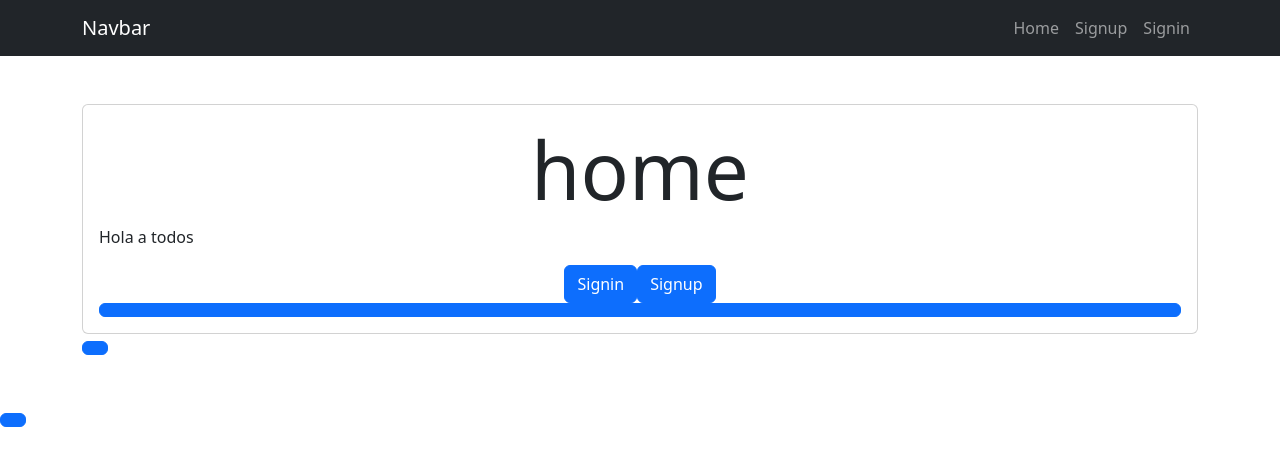
Repository: dbettancourt/django-auth-crud
Page: http://localhost/
These files come from the project's save history. The page is drawn as it stood at one moment and after the next save; the edit follows.
The browser window is 1280 px wide. The pictures show the whole page.
The page is served by the project's application, run on Django 4.2 (manage.py). Other server files are loaded and not shown.

Above is the page before, as saved 2023-06-06 10:29:57.

### tasks/templates/home.html
{% extends 'base.html' %}

{% block content %}

<main class="container py-5">
    <section class="card card-body">
        <h1 class="display-1 text-center">home</h1>
        <p>Hola a todos</p>

        <div class="text-center">
            <a class="btn btn-primary" href="/signin/">
                Signin
            </button>

            <a class="btn btn-primary" href="/signup/">
                Signup
            </button>
        </div>

    </section>
</main>

{% endblock %}

### tasks/templates/base.html
<!DOCTYPE html>
<!--[if lt IE 7]>      <html class="no-js lt-ie9 lt-ie8 lt-ie7"> <![endif]-->
<!--[if IE 7]>         <html class="no-js lt-ie9 lt-ie8"> <![endif]-->
<!--[if IE 8]>         <html class="no-js lt-ie9"> <![endif]-->
<!--[if gt IE 8]>      <html class="no-js"> <!--<![endif]-->
<html>
    <head>
        <meta charset="utf-8">
        <meta http-equiv="X-UA-Compatible" content="IE=edge">
        <title>Pagina Base Django</title>
        <meta name="description" content="">
        <meta name="viewport" content="width=device-width, initial-scale=1">
        <link rel="stylesheet" href="">
        <link rel="stylesheet" href="https://cdn.jsdelivr.net/npm/bootstrap@5.3.0/dist/css/bootstrap.min.css">
       <link rel="stylesheet" href="https://cdn.jsdelivr.net/npm/bootstrap-icons@1.5.0/font/bootstrap-icons.css">

    </head>
    <body>
        <!--[if lt IE 7]>
            <p class="browsehappy">You are using an <strong>outdated</strong> browser. Please <a href="#">upgrade your browser</a> to improve your experience.</p>
        <![endif]-->
        <nav class="navbar navbar-expand-lg bg-dark navbar-dark">
            <div class="container">
              <a class="navbar-brand" href="#">Navbar</a>
              <button class="navbar-toggler" type="button" data-bs-toggle="collapse" data-bs-target="#navbarNav" aria-controls="navbarNav" aria-expanded="false" aria-label="Toggle navigation">
                <span class="navbar-toggler-icon"></span>
              </button>
              <div class="collapse navbar-collapse" id="navbarNav">
                <ul class="navbar-nav ms-auto">
                    <li class="nav-item">
                        <a href="/"  class="nav-link">Home</a>
                    </li>
                    {% if user.is_authenticated %}
                    <li class="nav-item">
                        <a href="/tasks"  class="nav-link">Tasks Pending</a>
                    </li>
                    <li class="nav-item">
                        <a href="/tasks_completed"  class="nav-link">Tasks Completed</a>
                    </li>
                    <li class="nav-item">
                        <a href="/tasks/create"  class="nav-link">Create task</a>
                    </li>

                    <li class="nav-item">
                        <a href="/logout"  class="nav-link">Logout</a>
                    </li>
                    {% else %}
                    <li class="nav-item">
                        <a href="/signup"  class="nav-link">Signup</a>
                    </li>
                    <li class="nav-item">
                        <a href="/signin"  class="nav-link">Signin</a>
                    </li>
                    {% endif %}
                </ul>
              </div>
            </div>
          </nav>

        <script src="" async defer></script>

        {% block content %}
        {% endblock %}

    </body>
</html>

### tasks/views.py
from django.shortcuts import render, redirect, get_object_or_404
from django.contrib.auth.forms import UserCreationForm, AuthenticationForm
from django.contrib.auth.models import User
from django.contrib.auth import login, logout, authenticate
from django.db import IntegrityError
from .forms import TaskForm
from .models import Task
from django.utils import timezone
from django.contrib.auth.decorators import login_required



# Create your views here.
def home(request):
    return render(request, 'home.html')

def signup(request):

    if request.method == 'GET':
         return render(request, 'signup.html',{
        'form': UserCreationForm
    })

    else:
        if request.POST['password1'] == request.POST['password2']:
            try:
                user = User.objects.create_user(username=request.POST['username'], password=request.POST['password1'])
                user.save()
                login(request, user)
                return redirect ('tasks')
            except IntegrityError:
                return render(request, 'signup.html',{
                    'form': UserCreationForm,
                    'error': 'El usuario ya existe'
                    })
        return render(request, 'signup.html', {
            'form': UserCreationForm,
            'error': 'Las contraseñas no coinciden'
            })

@login_required
def tasks(request):
    tasks = Task.objects.filter(user=request.user, datecompleted__isnull=True)
    return render(request, 'tasks.html', {'tasks': tasks})

@login_required
def tasks_completed(request):
    tasks = Task.objects.filter(user=request.user, datecompleted__isnull=False).order_by ('-datecompleted')
    return render(request, 'tasks.html', {'tasks': tasks})

@login_required
def create_task(request):

    if request.method == 'GET':
        return render(request, 'create_task.html', {
            'form': TaskForm
        })
    else:
        try:
            form = TaskForm(request.POST)
            new_task = form.save(commit=False)
            new_task.user = request.user
            new_task.save()
            return redirect('tasks')
        except ValueError:
            return render(request, 'create_task.html', {
                'form': TaskForm,
                'error': 'Por favor ingresar datos validos'
             })

@login_required
def task_detail(request, task_id):
    if request.method == 'GET':
        task = get_object_or_404(Task, pk=task_id, user=request.user)
        form = TaskForm(instance=task)
        return render(request, 'task_detail.html', {'task': task, 'form': form})
    else:
        try:
            task = get_object_or_404(Task, pk=task_id, user=request.user)
            form = TaskForm(request.POST, instance=task)
            form.save()
            return redirect('tasks')
        except ValueError:
            return render(request, 'task_detail.html', {'task': task, 'form': form, 'error': "Error al actualizar"})

@login_required
def complete_task(request, task_id):
    task = get_object_or_404(Task, pk=task_id, user=request.user)
    if request.method == 'POST':
        task.datecompleted = timezone.now()
        task.save()
        return redirect('tasks')

@login_required
def delete_task(request, task_id):
    task = get_object_or_404(Task, pk=task_id, user=request.user)
    if request.method == 'POST':
        task.datecompleted = timezone.now()
        task.delete()
        return redirect('tasks')

@login_required
def signout(request):
    logout(request)
    return redirect('home')

def signin(request):
    if request.method=='GET':
        return render(request, 'signin.html', {
            'form': AuthenticationForm
        })
    else:
        user = authenticate(
            request, username=request.POST['username'], password=request.POST['password'])

        if user is None:
            return render(request, 'signin.html', {
                'form': AuthenticationForm,
                'error': 'Usuario o password es incorrecta'
            })
        else:
            login(request, user)
            return redirect('tasks')

### djangocrud/urls.py
"""
URL configuration for djangocrud project.

The `urlpatterns` list routes URLs to views. For more information please see:
    https://docs.djangoproject.com/en/4.2/topics/http/urls/
Examples:
Function views
    1. Add an import:  from my_app import views
    2. Add a URL to urlpatterns:  path('', views.home, name='home')
Class-based views
    1. Add an import:  from other_app.views import Home
    2. Add a URL to urlpatterns:  path('', Home.as_view(), name='home')
Including another URLconf
    1. Import the include() function: from django.urls import include, path
    2. Add a URL to urlpatterns:  path('blog/', include('blog.urls'))
"""
from django.contrib import admin
from django.urls import path
from tasks import views

urlpatterns = [
    path('admin/', admin.site.urls),
    path('', views.home, name='home'),
    path('signup/', views.signup, name='signup'),
    path('tasks/', views.tasks, name='tasks'),
    path('tasks_completed/', views.tasks_completed, name='_completed'),
    path('tasks/create/', views.create_task, name='create_tasks'),
    path('tasks/<int:task_id>/', views.task_detail, name='task_detail'),
    path('tasks/<int:task_id>/complete', views.complete_task, name='complete_task'),
    path('tasks/<int:task_id>/delete', views.delete_task, name='delete_task'),
    path('logout/', views.signout, name='logout'),
    path('signin/', views.signin, name='signin')
]

After the next save:
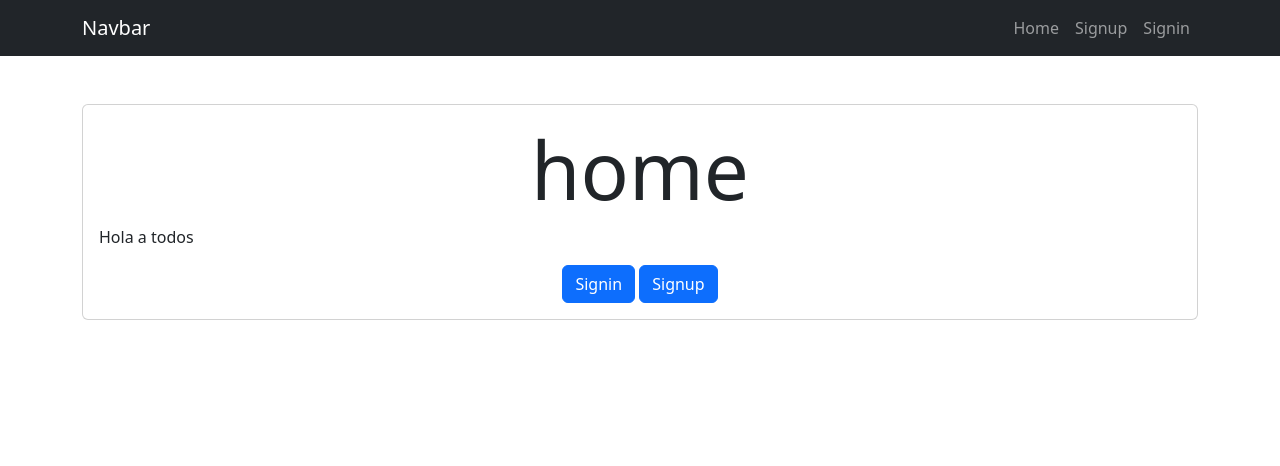
Saved 2 min 57 s later.
--- a/tasks/templates/home.html
+++ b/tasks/templates/home.html
@@ -10,11 +10,11 @@
         <div class="text-center">
             <a class="btn btn-primary" href="/signin/">
                 Signin
-            </button>
+            </a>
 
             <a class="btn btn-primary" href="/signup/">
                 Signup
-            </button>
+            </a>
         </div>
 
     </section>
